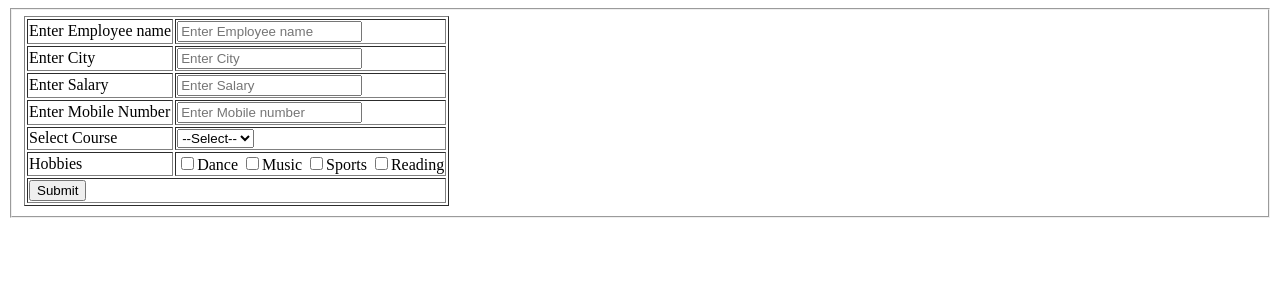
Repository: bigee1397/22-3-2024
Page: http://localhost/RDDemo/
These files come from the project's save history. The page is drawn as it stood at one moment and after the next save; the edit follows.
The browser window is 1280 px wide. The pictures show the whole page.
The page is served by Tomcat 9.

Above is the page before, as saved 2024-03-15 04:53:59.

After the next save:
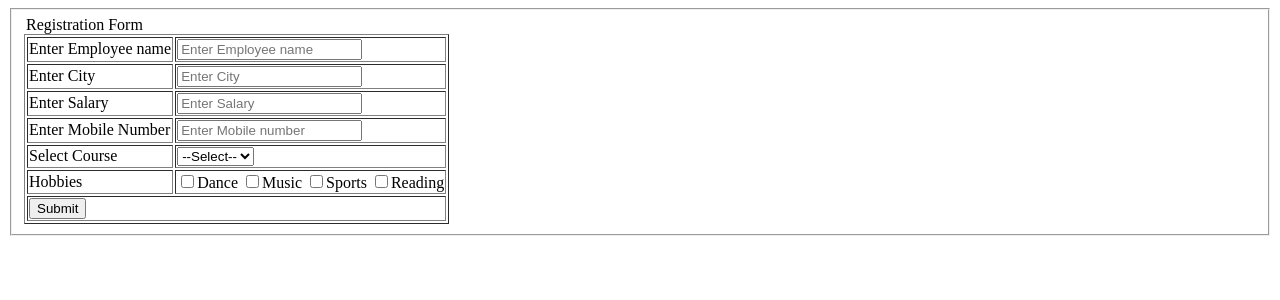
Saved 29 s later.
--- a/jspandservlets/RDDemo/src/main/webapp/index.jsp
+++ b/jspandservlets/RDDemo/src/main/webapp/index.jsp
@@ -9,6 +9,7 @@
 <body>
 	<fieldset>
 		<form action="registerServlet" method="post">
+			<legend>Registration Form</legend>
 			<table align="left" border="1">
 				<tr>
 					<td>Enter Employee name</td>
